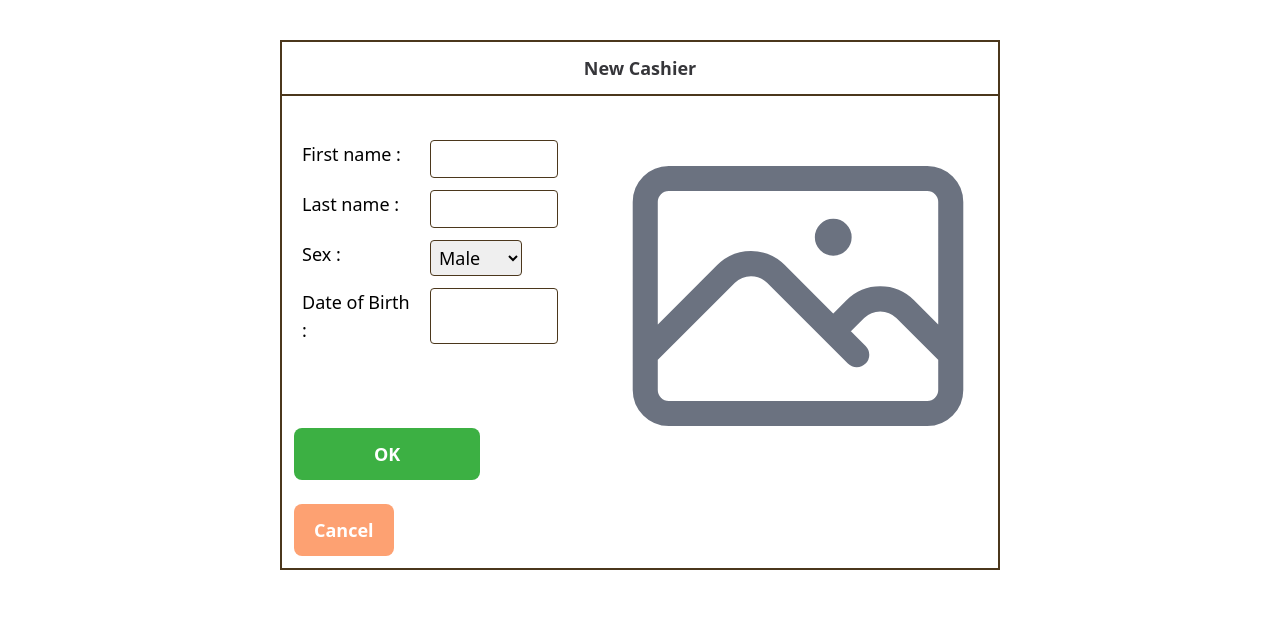
Repository: Dapravith/Midterm-SE-GIC-Cafe-Project-Group16
Page: src/main/resources/templates/addCashier.html
The author's editor kept a copy of each file at every save. The page is drawn from the files as they stood at one save, then again after the next save.
The browser window is 1280 px wide. The pictures show the whole page.
Some web libraries are served in a nearby version.

Above is the page before, as saved 2023-05-17 09:46:02.
Console error: TypeError: Cannot read properties of null (reading 'addEventListener')

After the next save:
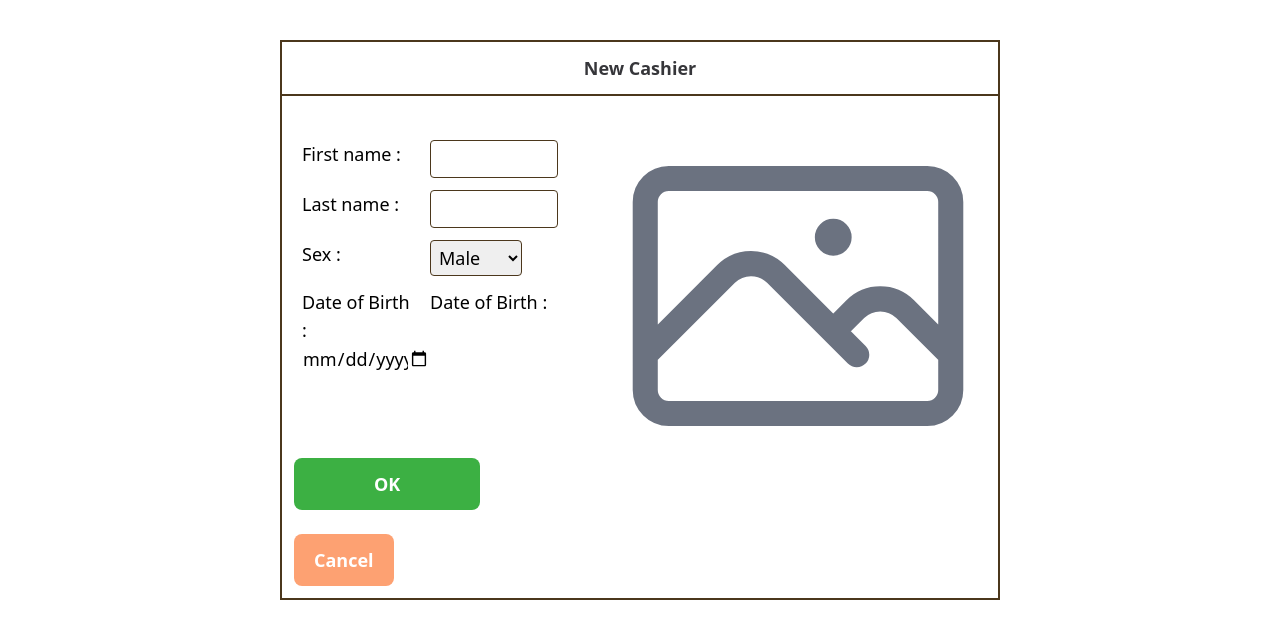
Saved 86 s later.
--- a/src/main/resources/templates/addCashier.html
+++ b/src/main/resources/templates/addCashier.html
@@ -58,7 +58,8 @@
 
                         <div class="grid grid-cols-2 mt-3">
                             <label class="mr-5" for="dob">Date of Birth :</label>
-                            <input name="" min="0" type="number" id="price" class="p-1 border-[1px] border-solid border-[#4B371C] rounded" placeholder="">
+                            <label name="dob" for="#">Date of Birth :</label>
+                            <input name="dob" type="date">
                         </div>
                         <div class="grid grid-cols-2 mt-3">
                             <!-- <label class="mr-5" for="note">Note :</label>

After the save that followed:
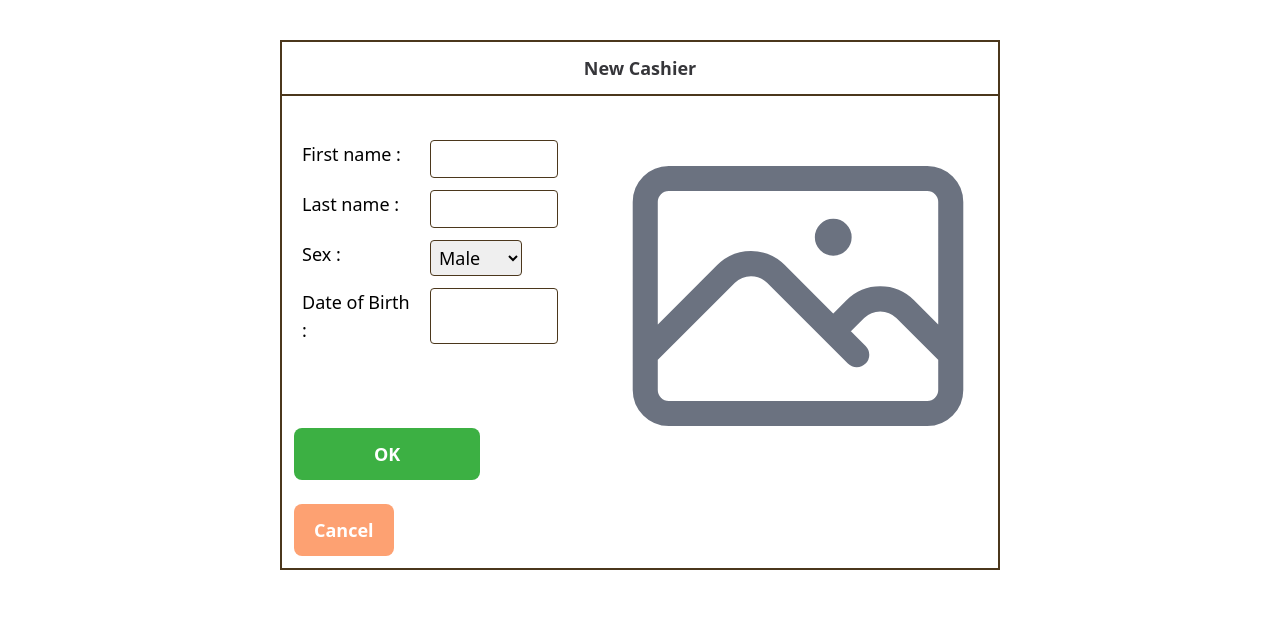
Saved 23 s later.
--- a/src/main/resources/templates/addCashier.html
+++ b/src/main/resources/templates/addCashier.html
@@ -58,8 +58,7 @@
 
                         <div class="grid grid-cols-2 mt-3">
                             <label class="mr-5" for="dob">Date of Birth :</label>
-                            <label name="dob" for="#">Date of Birth :</label>
-                            <input name="dob" type="date">
+                            <input name="" min="0" type="number" id="price" class="p-1 border-[1px] border-solid border-[#4B371C] rounded" placeholder="">
                         </div>
                         <div class="grid grid-cols-2 mt-3">
                             <!-- <label class="mr-5" for="note">Note :</label>
